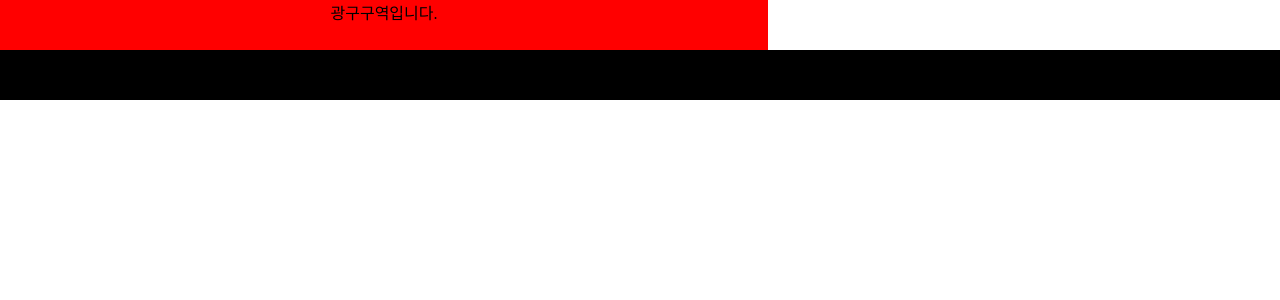
Repository: leehyeonung/myproject
Page: http://localhost/myproject/
The author's editor kept a copy of each file at every save. The page is drawn from the files as they stood at one save, then again after the next save.
The browser window is 1280 px wide. The pictures show the whole page.
The page is served by Tomcat 9.

Above is the page before, as saved 2023-03-15 12:30:21.

### myproject/src/main/webapp/index.jsp
<%@ page language="java" contentType="text/html; charset=EUC-KR"
    pageEncoding="EUC-KR"%>
<!DOCTYPE html>
<html>
<head>
<meta charset="EUC-KR">
<title>index</title>
</head>
<body>
<jsp:include page="header.jsp"></jsp:include>
<section>

</section>
<jsp:include page="footer.jsp"></jsp:include>
</body>
</html>

### myproject/src/main/webapp/header.jsp
<%@ page language="java" contentType="text/html; charset=EUC-KR"
    pageEncoding="EUC-KR"%>
<!DOCTYPE html>
<html>
<head>
<script type="text/javascript" src="/resuorces/js/ad.js"></script>
<meta charset="EUC-KR">
<title>header</title>
<link rel="stylesheet" type="text/css" href="/resources/css/header.css">
</head>
<body>
<div class="ad">
광구구역입니다.
</div>

<header>
<div class="searchbox">
로고 네이버 검색창~
</div>

<nav>
</nav>
</header>
</body>
</html>

### myproject/src/main/webapp/footer.jsp
<%@ page language="java" contentType="text/html; charset=EUC-KR"
    pageEncoding="EUC-KR"%>
<!DOCTYPE html>
<html>
<head>
<meta charset="EUC-KR">
<title>footer</title>
</head>
<body>

</body>
</html>

### myproject/src/main/webapp/resources/js/ad.js
function close_ad() {
    document.getElementById("ad").style.display='none';
}

### myproject/src/main/webapp/resources/css/header.css
*{
	text-align:center;
	margin: 0px;
	padding: 0px;
}

.ad{
	width:60%;
	height: 50px;
	background-color: red;
}
.searchbox{
	margin:0px;
	height: 50px;
	background-color: black;
}

After the next save:
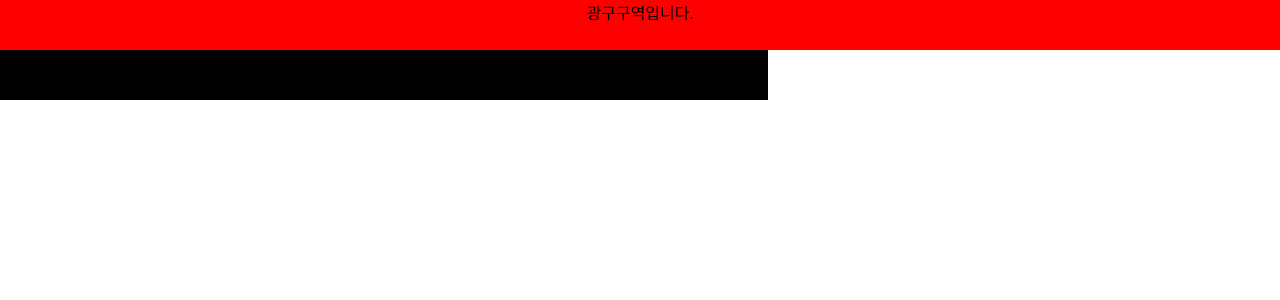
Saved 12 s later.
--- a/myproject/src/main/webapp/resources/css/header.css
+++ b/myproject/src/main/webapp/resources/css/header.css
@@ -5,11 +5,12 @@
 }
 
 .ad{
-	width:60%;
+	width:100%;
 	height: 50px;
 	background-color: red;
 }
 .searchbox{
+	width:60%;
 	margin:0px;
 	height: 50px;
 	background-color: black;
